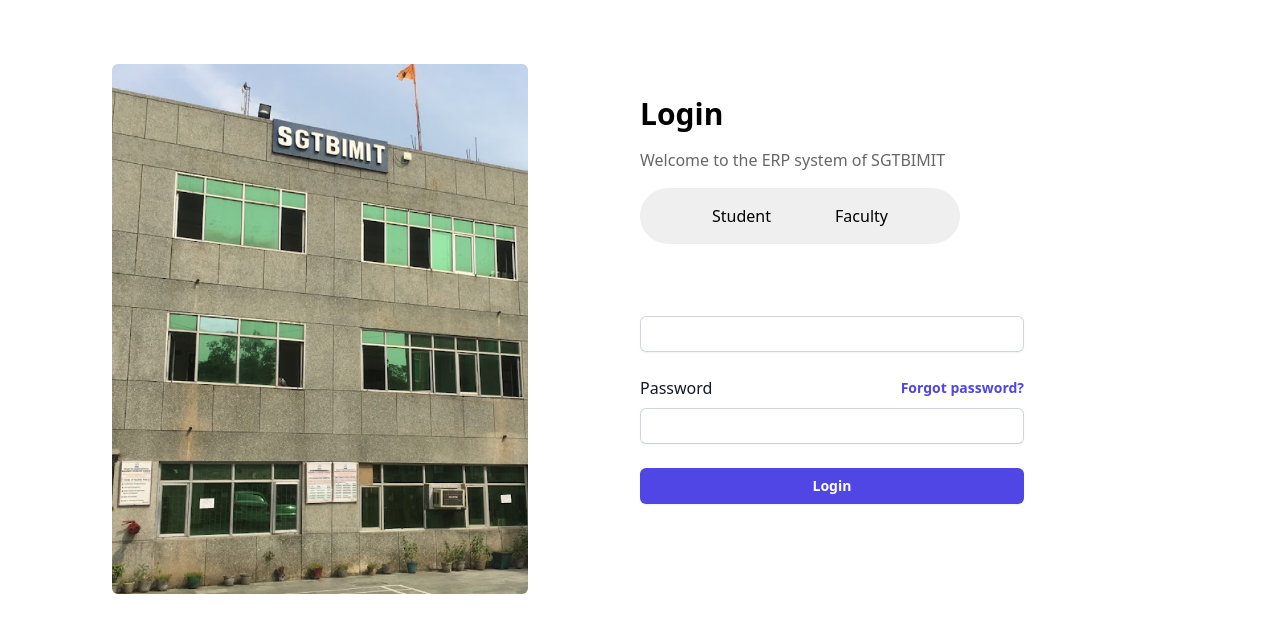
Repository: SehajBindra/SGTBIMIT-ERP-Client
Page: /StudentLogin
These files come from the project's save history. The page is drawn as it stood at one moment and after the next save; the edit follows.
The browser window is 1280 px wide. The pictures show the whole page.
The project was rebuilt for these pictures with package versions that can differ from the ones it lists, and the page was loaded fresh each time. Also part of the build but not shown: src/LOGIN/Login.js, src/LOGIN/FACULTY/FacultyLogin.js, src/STUDENT_PAGE/StuBody.js, src/STUDENT_PAGE/StuSidebar.js, src/STUDENT_PAGE/StuHeader.js, src/STUDENT_PAGE/StudentHome.js, src/FACULTY_PAGE/FacBody.js, src/FACULTY_PAGE/FacHeader.js and 2 more.

Above is the page before, as saved 2023-05-14 16:00:47.

After the next save:
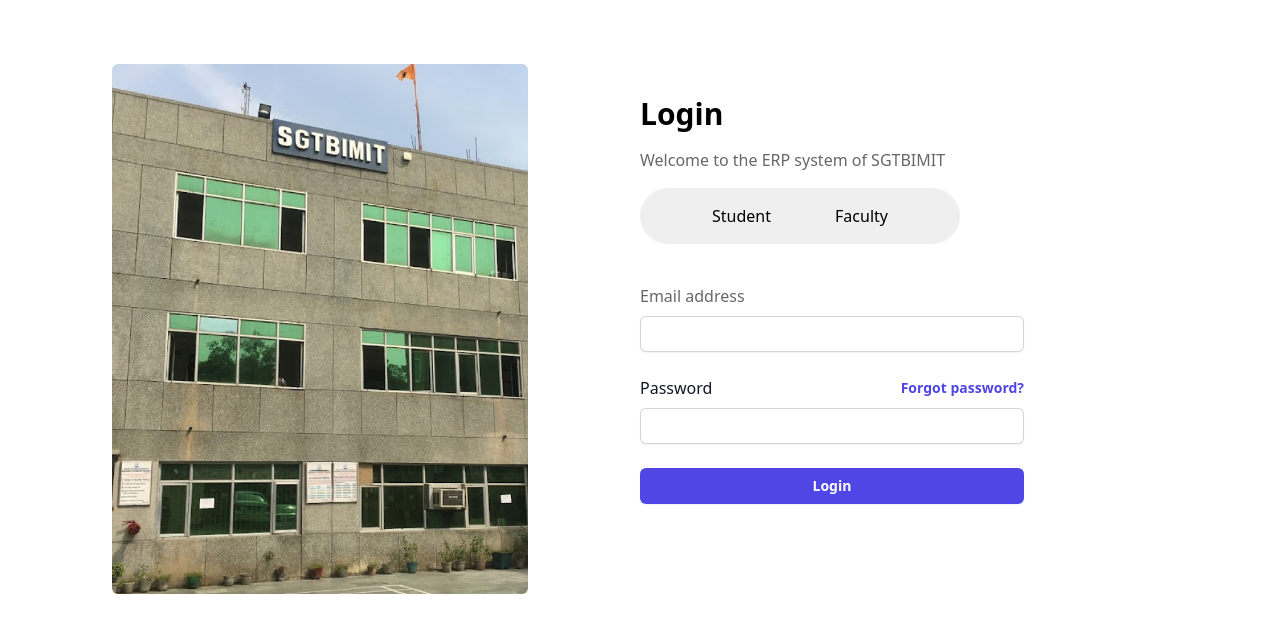
Saved 8 s later.
--- a/src/LOGIN/STUDENT/StudentLogin.js
+++ b/src/LOGIN/STUDENT/StudentLogin.js
@@ -43,7 +43,7 @@
           <div className="mt-10 text-[16px]  sm:w-full sm:max-w-sm">
             <form className="space-y-6" action="#" method="POST">
               <div>
-                <label className="block text-left  font-medium leading-6 text-white/60">
+                <label className="block text-left  font-medium leading-6 text-black/60">
                   Email address
                 </label>
                 <div className="mt-2">
